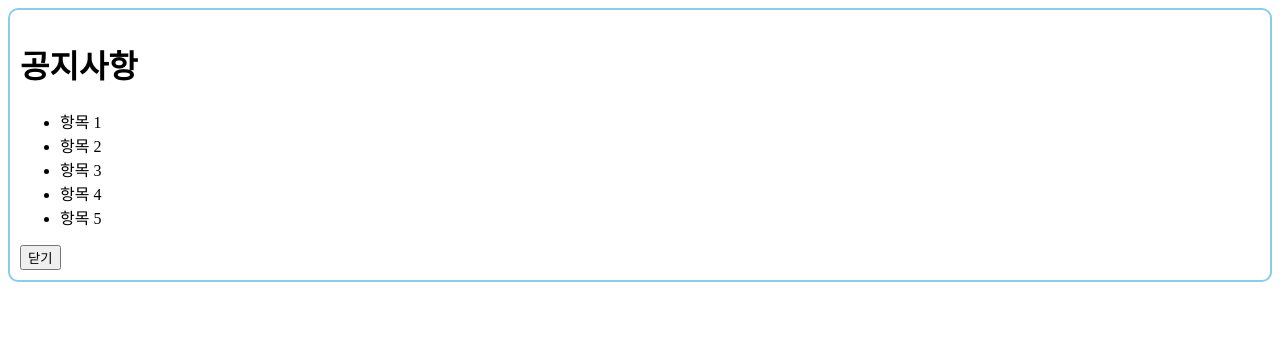
Repository: ady0099/webstudy
Page: 03_javascript/src/main/webapp/day03/notice.html
These files come from the project's save history. The page is drawn as it stood at one moment and after a run of saves; the edit follows.
The browser window is 1280 px wide. The pictures show the whole page.

Above is the page before, as saved 2023-06-29 03:51:33.

### 03_javascript/src/main/webapp/day03/notice.html
<!DOCTYPE html>
<html>
	<head>
		<meta charset="UTF-8">
		<title>공지사항</title>
		<style>
			#content{
				border: 2px double skyblue;
				border-radius: 10px;
				padding: 10px;
			}
		</style>
	</head>
	<body>
		<div id="content">
			<h1>공지사항</h1>
			<ul>
				<li>항목 1</li>
				<li>항목 2</li>
				<li>항목 3</li>
				<li>항목 4</li>
				<li>항목 5</li>
			</ul>
			<button onclick="send_close()">닫기</button>
		</div>
	</body>
</html>

After the next 3 saves:
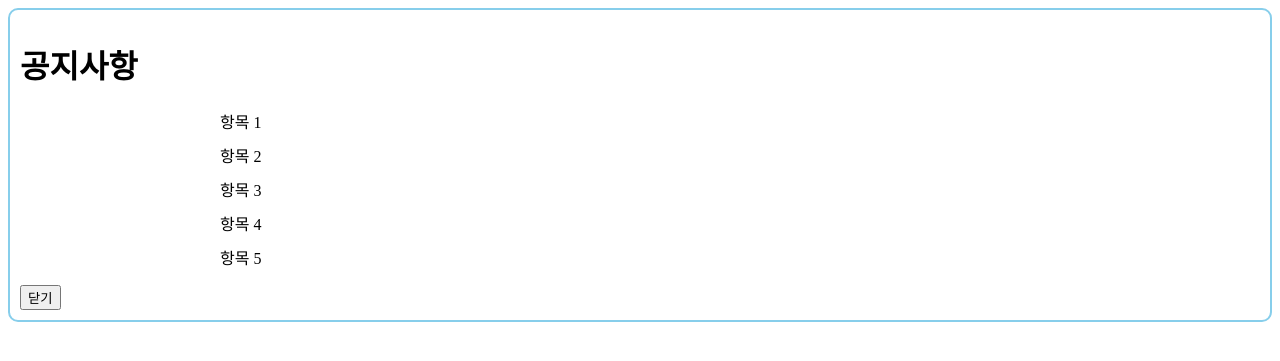
The 3 saves are shown as one change because they came seconds apart.
The last was saved 26 s later.
--- a/03_javascript/src/main/webapp/day03/notice.html
+++ b/03_javascript/src/main/webapp/day03/notice.html
@@ -8,6 +8,13 @@
 				border: 2px double skyblue;
 				border-radius: 10px;
 				padding: 10px;
+			}
+			ul{
+				margin-left: 150px;
+				list-style-type: none;
+			}
+			ul li{
+				margin: 10px;
 			}
 		</style>
 	</head>
